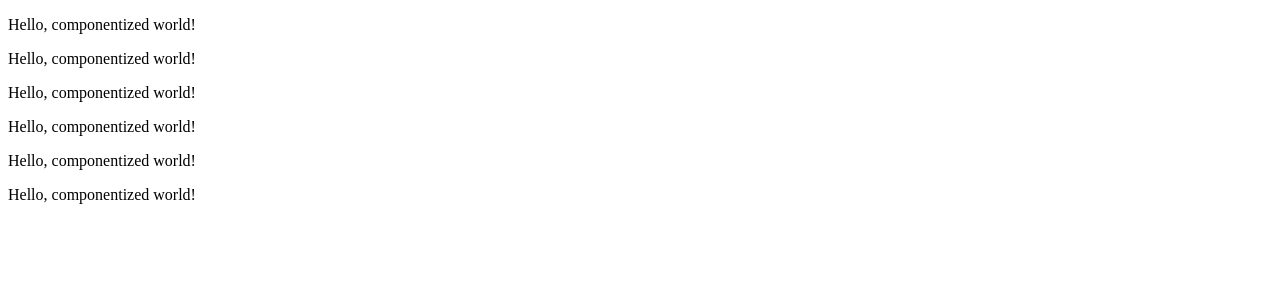
Repository: BlakeRedwolf/react_UI
Page: home.html
These files come from the project's save history. The page is drawn as it stood at one moment and after the next save; the edit follows.
The browser window is 1280 px wide. The pictures show the whole page.
Some web libraries are served in a nearby version.

Above is the page before, as saved 2021-06-19 00:57:00.

After the next save:
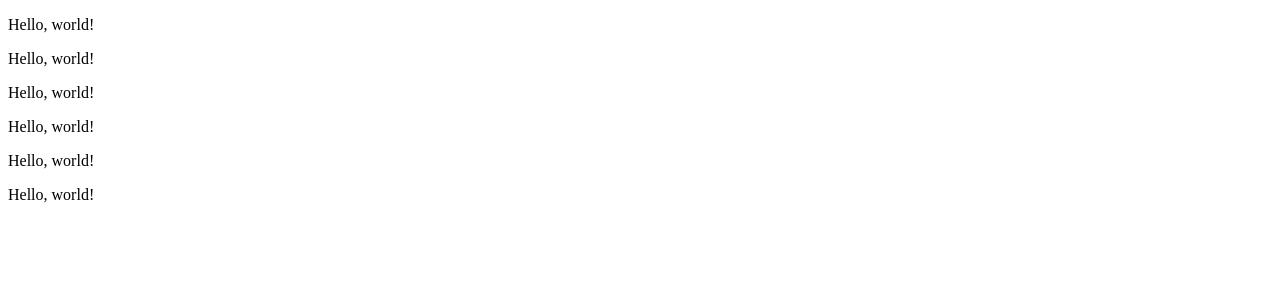
Saved 31 s later.
--- a/home.html
+++ b/home.html
@@ -34,7 +34,7 @@
 
     class HelloWorld extends React.Component {
     render() {
-        return <p>Hello, componentized world!</p>
+        return <p>Hello, world!</p>
   }
 }
 
